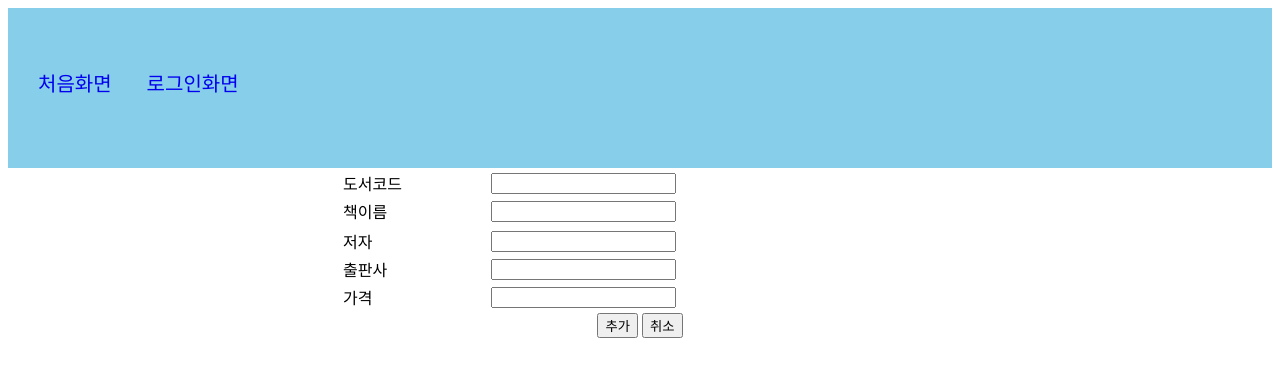
Repository: golddrone7/front
Page: http://localhost/bookproject2/book/bookInput.jsp
An editor plug-in stored every save of this project. The page is shown before and after the next save, followed by the edit.
The browser window is 1280 px wide. The pictures show the whole page.
The page is served by Tomcat 9. Other server files are loaded and not shown.

Above is the page before, as saved 2023-02-24 03:29:23.

### bookproject2/web/book/bookInput.jsp
<%@ page language="java" contentType="text/html; charset=UTF-8"
    pageEncoding="UTF-8"%>
<%@ include file="../menu.jsp" %>

<div align="center">
<form action="../input" method="post"></form>
<table border="0" width="600" align="center">
	<tr>
		<td>도서코드</td>
		<td><input type="text" name="isbn"></td>
	</tr>
		<td>책이름</td>
		<td><input type="text" name="title"></td>
	<tr>
	</tr>
	<tr>
		<td>저자</td>
		<td><input type="text" name="author"></td>
	</tr>
	<tr>
		<td>출판사</td>
		<td><input type="text" name="company"></td>
	</tr>
	<tr>
		<td>가격</td>
		<td><input type="text" name="price"></td>
	</tr>
	<tr>
		<td colspan="2" align="center">
			<input type="submit" value="추가">
			<input type="reset" value="취소">
		</td>
	</tr>
</table>
</div>


</body>
</html>

### bookproject2/web/menu.jsp
<%@ page language="java" contentType="text/html; charset=UTF-8"
    pageEncoding="UTF-8"%>
<!DOCTYPE html>
<html>
<head>
<meta charset="UTF-8">
<title>Insert title here</title>
<style type="text/css">
body{
	align-content: center;
}
.top {
	background-color: skyblue;
	height: 100px;
	padding-top: 60px;
	font-size: 20px;
}
span{
	margin-left: 30px;
}
a {
	text-decoration: none;
}

p {
	font-size: 30px;
	color: limegreen;
}
</style>

</head>
<body>
<% request.setCharacterEncoding("utf-8");
	String id = null;
	id = (String)session.getAttribute("loginOK");
%>
<div class="top">

	<span><a href="/book1/index.jsp">처음화면</a></span>
<%if(id==null) {%>
	<span><a href="/book1/login/login.jsp">로그인화면</a></span>
<%} else {%>
	<span><a href="/book1/book/bookInput.jsp">도서등록</a></span>
	<span><a href="/book1/list">도서목록</a></span>
	<span><a href="/book1/logout">로그아웃</a></span>
	<span style="font-size: 12px;"><b><%=id %>님이 로그인 하셨습니다</b></span>
<% } %>
</div>

After the next save:
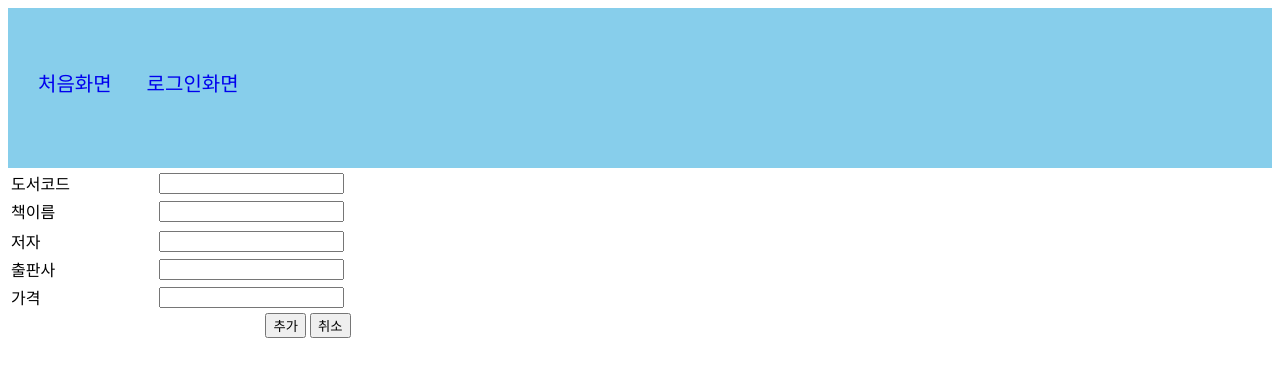
Saved 40 s later.
--- a/bookproject2/web/book/bookInput.jsp
+++ b/bookproject2/web/book/bookInput.jsp
@@ -2,9 +2,9 @@
     pageEncoding="UTF-8"%>
 <%@ include file="../menu.jsp" %>
 
-<div align="center">
+<div text-align="center">
 <form action="../input" method="post"></form>
-<table border="0" width="600" align="center">
+<table border="0" width="600">
 	<tr>
 		<td>도서코드</td>
 		<td><input type="text" name="isbn"></td>
